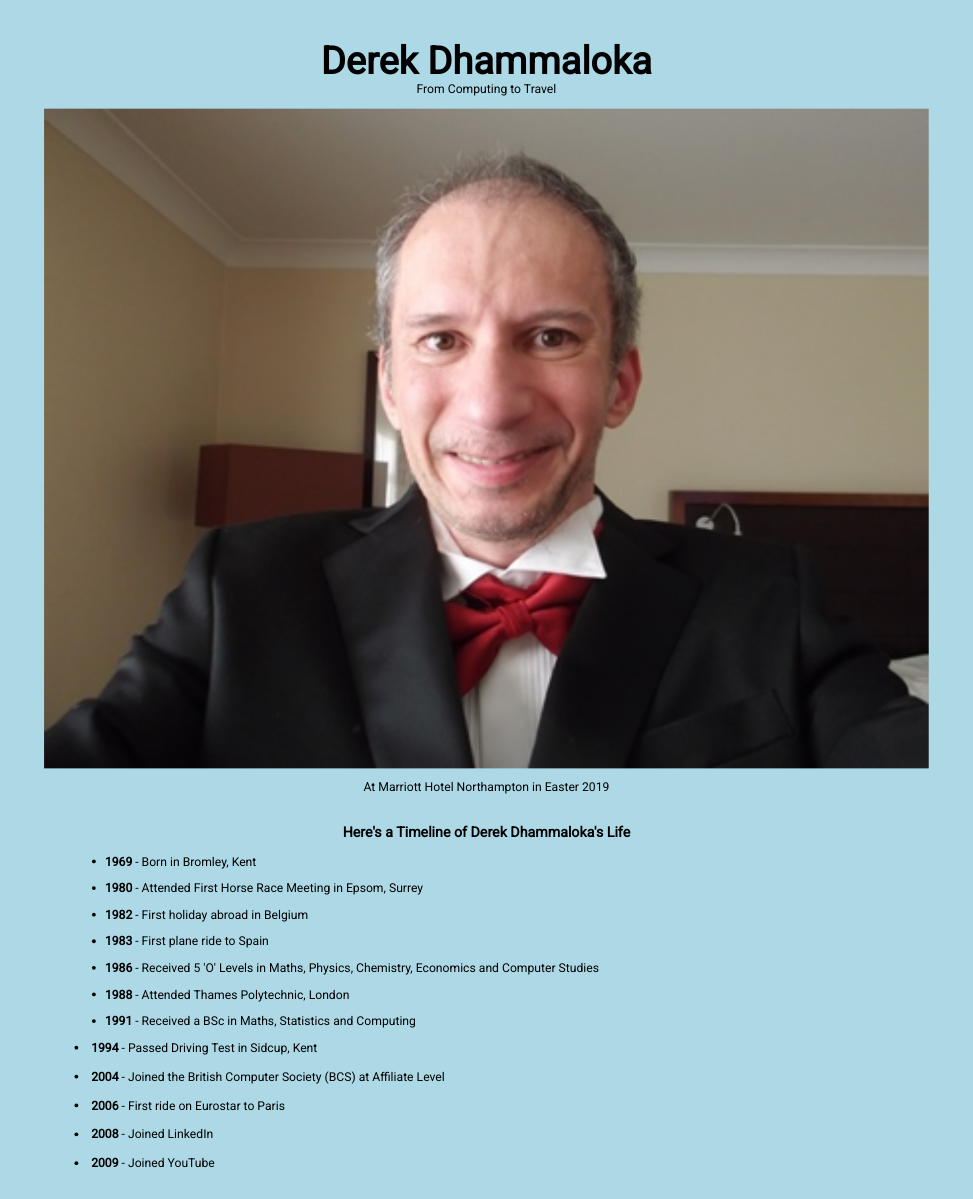
Repository: derektypist/tribute-page
Page: index.html
The author's editor kept a record of every edit. The page is drawn from the files as they stood at one moment, then again after the next edit.
The browser window is 1280 px wide. The pictures show the whole page, at 76% of full size.

Above is the page before.

### index.html
<!DOCTYPE html>
<html lang="en">

<head>
    <meta charset="UTF-8">
    <meta name="viewport" content="width=device-width, initial-scale=1.0">
    <meta http-equiv="X-UA-Compatible" content="ie=edge">
    <title>Derek Dhammaloka Tribute Page</title>
    <!-- Load Style Sheets -->
    <link href="https://fonts.googleapis.com/css?family=Roboto&display=swap" rel="stylesheet">
    <style>
        /* Main Styles */

        #main {
            font-family: "Roboto", Arial, Verdana, sans-serif;
            background-color: lightblue;
            padding: 10px;
            text-align: center;
        }



        /* Title */

        #title {
            font-weight: 700;
            font-size: 50px;
            text-align: center;
        }


        /* Images */

        #img-div {
            position: relative;
            bottom: 35px;
        }

        #image {
            width: 100%;
            display: block;
            height: auto;
        }

        #img-caption {
            position: relative;
            top: 15px;
        }

        /* Tribute Info */

        #tribute-info {

            text-align: left;
            margin-left: 80px;

        }
    </style>
</head>

<body id="main">
    <!-- Set Header Element -->
    <header>
        <h1 id="title">Derek Dhammaloka</h1>
    </header>

    <!-- Set Main Element -->
    <main>

        <!-- Display Image with its Caption -->
        <div id="img-div">
            <p>From Computing to Travel</p>
            <figure>
                <img src="derek.JPG" id="image" title="At Marriott Hotel Northampton - Easter 2019" alt="At Marriott Hotel Northampton - Easter 2019">
                <figcaption id="img-caption">At Marriott Hotel Northampton in Easter 2019</figcaption>
            </figure>
        </div>
        <section>
            <h3>Here's a Timeline of Derek Dhammaloka's Life</h3>
            <!-- Display Tribute Information -->
            <article id="tribute-info">
                <!-- Display Information for 1969 -->
                <ul>
                    <li><strong>1969 </strong>- Born in Bromley, Kent</li>
                </ul>

                <!-- Display Information for 1980 -->
                <ul>
                    <li><strong>1980 </strong>- Attended First Horse Race Meeting in Epsom, Surrey</li>
                </ul>

                <!-- Display Information for 1982 -->
                <ul>
                    <li><strong>1982 </strong>- First holiday abroad in Belgium</li>
                </ul>

                <!-- Display Information for 1983 -->
                <ul>
                     <li><strong>1983 </strong>- First plane ride to Spain</li>
                </ul>

                <!-- Display Information for 1986 -->
                <ul>
                    <li><strong>1986 </strong>- Received 5 'O' Levels in Maths, Physics, Chemistry, Economics and Computer Studies</li>
                </ul>

                <!-- Display Information for 1988 -->
                <ul>
                    <li><strong>1988 </strong>- Attended Thames Polytechnic, London</li>
                </ul>

                <!-- Display Information for 1991 -->
                <ul>
                   <li><strong>1991 </strong>- Received a BSc in Maths, Statistics and Computing</li>
                </ul>


                <li><strong>1994 </strong>- Passed Driving Test in Sidcup, Kent</li>
                <br>
                <li><strong>2004 </strong>- Joined the British Computer Society (BCS) at Affiliate Level</li>
                <br>
                <li><strong>2006 </strong>- First ride on Eurostar to Paris</li>
                <br>
                <li><strong>2008 </strong>- Joined LinkedIn</li>
                <br>
                <li><strong>2009 </strong>- Joined YouTube</li>
                <br>
            </article>
        </section>
    </main>
</body>

</html>

After the next edit:
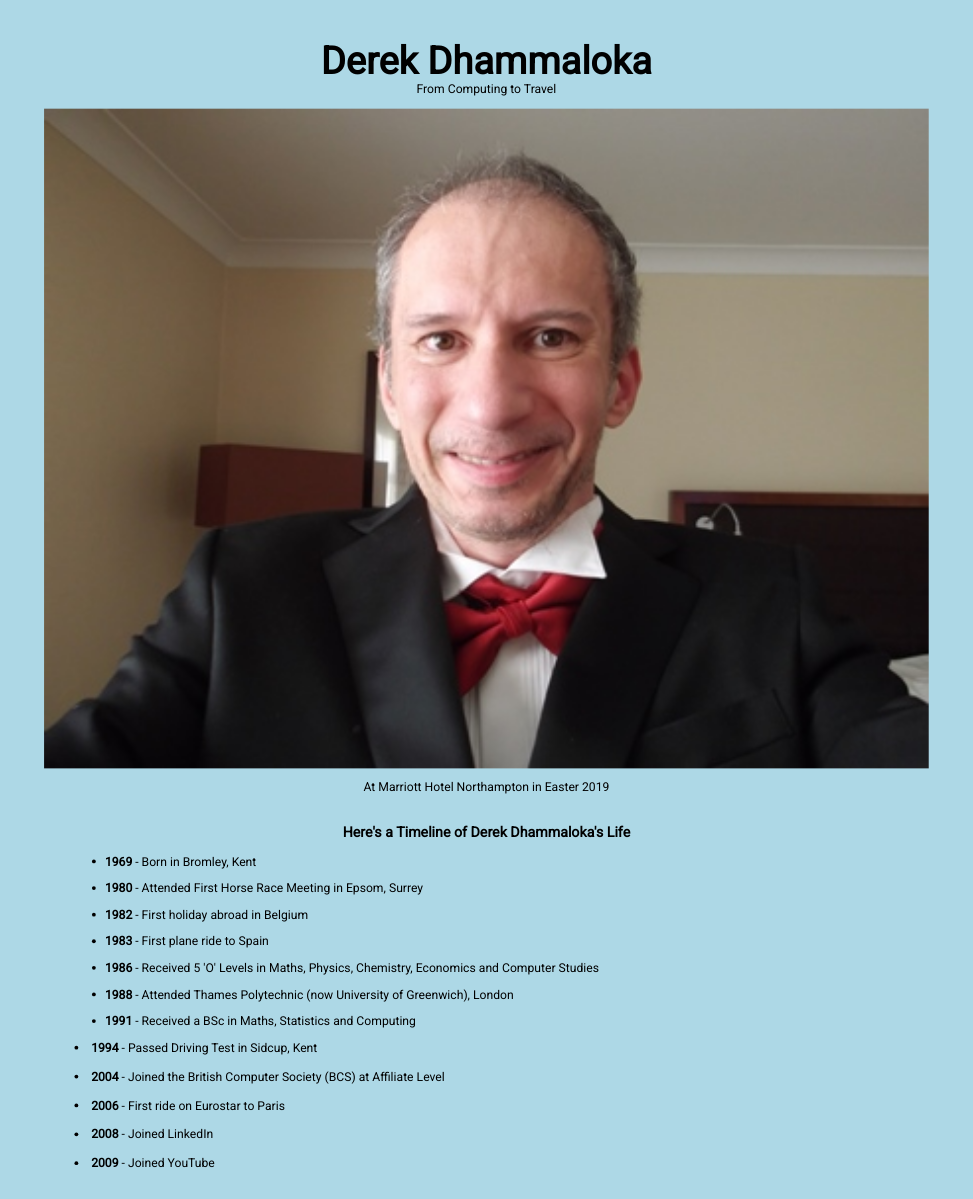
The edit:
--- a/index.html
+++ b/index.html
@@ -106,7 +106,7 @@
 
                 <!-- Display Information for 1988 -->
                 <ul>
-                    <li><strong>1988 </strong>- Attended Thames Polytechnic, London</li>
+                    <li><strong>1988 </strong>- Attended Thames Polytechnic (now University of Greenwich), London</li>
                 </ul>
 
                 <!-- Display Information for 1991 -->
